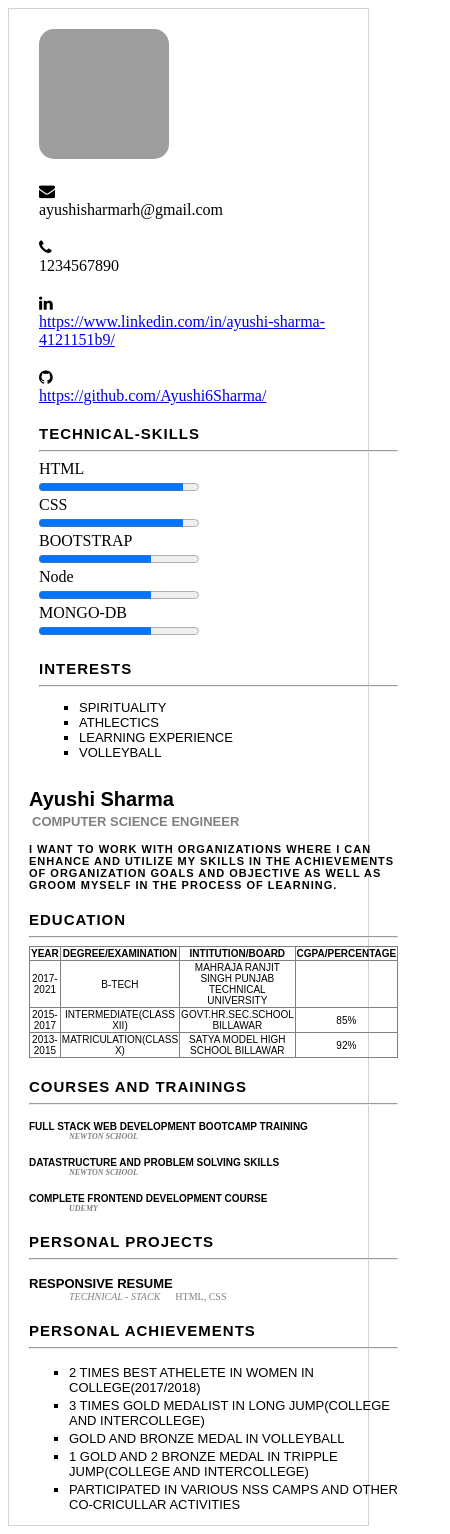
Repository: Ayushi6Sharma/Resume
Page: index.html
These files come from the project's save history. The page is drawn as it stood at one moment and after the next save; the edit follows.
The browser window is 375 px wide. The page is 418 px wide, then 450 px, so the pictures cover 450 px, including what lies to the right of the window. The pictures show the whole page.
Pictures or frames that could not be fetched are drawn as grey boxes.

Above is the page before, as saved 2022-05-04 16:19:53.

### index.html
<!DOCTYPE html>
<html lang="en">
    <head>
        <meta charset="utf-8">
        <meta http-equiv="X-UA-Compatible" content="IE=edge">
        <meta name="viewport" content="width=device-width, initial-scale=1">
        <meta name="description" content="Responsive resume for companies">
        <meta name="author" content="Ayushi Sharma">
        <div class="profile-linkedin"></div>
        <link rel="stylesheet" href="style.css">
        <!-- <link rel="stylesheet" href="https://cdn.jsdelivr.net/npm/@fortawesome/fontawesome-free@5.15.4/css/fontawesome.min.css" integrity="sha384-jLKHWM3JRmfMU0A5x5AkjWkw/EYfGUAGagvnfryNV3F9VqM98XiIH7VBGVoxVSc7" crossorigin="anonymous"> -->
        <!-- <link href="https://cdnjs.cloudflare.com/ajax/libs/font-awesome/5.13.0/css/all.min.css" rel="stylesheet"> -->
        <link rel="stylesheet" href="https://stackpath.bootstrapcdn.com/font-awesome/4.7.0/css/font-awesome.min.css" integrity="sha384-wvfXpqpZZVQGK6TAh5PVlGOfQNHSoD2xbE+QkPxCAFlNEevoEH3Sl0sibVcOQVnN" crossorigin="anonymous">
        <title>Resume</title>
    </head>
    <body>
        <main class="main-content" contenteditable="false">
            <section>
                <div class="left-main-content">
                    <!-- Profile data -->
                    <div class="profile-data">
                        <div class="profile-image">
                           <img src="https://d3dyfaf3iutrxo.cloudfront.net/thumbnail/user/6c8447b7ed274991ae4f61d43667a32b.jpeg" class="img">
                        </div>
                        <div class="profile-email">
                            <div class="email-icon">
                                <i class="fa fa-envelope"></i>
                            </div>
                            <div class="email-address">
                                ayushisharmarh@gmail.com
                            </div>
                        </div>
                        <div class="profile-contact">
                            <div class="phone-icon">
                                <i class="fa fa-phone"></i>
                            </div>
                            <div class="phone-number">
                                1234567890
                            </div>
                        </div>
                        <div class="profile-linkedin">
                            <div class="linkedid-icon">
                                <i class="fa fa-linkedin"></i>
                            </div>
                            <div class="linkedin-account">
                                <a href="https://www.linkedin.com/in/ayushi-sharma-4121151b9/">https://www.linkedin.com/in/ayushi-sharma-4121151b9/</a>
                            </div>
                        </div>
                        <div class="profile-github">
                            <div class="github-icon">
                                <i class="fa fa-github"></i>
                            </div>
                            <div class="github account-account">
                               <a href="https://github.com/Ayushi6Sharma/">https://github.com/Ayushi6Sharma/</a>
                            </div>
                        </div>
                    </div>
                    <!-- Technical Skills -->
                    <div class="technical-skills">
                        <div class="title">
                            TECHNICAL-SKILLS
                        </div>
                        <hr>
                        <div class="skills">
                            <div class="skill-item">
                                HTML
                            </div>
                            <div class="skill-knowledge">
                                <progress value="90" max="100" class="bar"></progress>
                            </div>
                        </div>
                        <div class="skills">
                            <div class="skill-item">
                                CSS
                            </div>
                            <div class="skill-knowledge">
                                <progress value="90" max="100" class="bar"></progress>
                            </div>
                        </div>
                        <div class="skills">
                            <div class="skill-item">
                                BOOTSTRAP
                            </div>
                            <div class="skill-knowledge">
                                <progress value="70" max="100" class="bar"></progress>
                            </div>
                        </div>
                        <div class="skills">
                            <div class="skill-item">
                                Node
                            </div>
                            <div class="skill-knowledge">
                                <progress value="70" max="100" class="bar"></progress>
                            </div>
                        </div>
                        <div class="skills">
                            <div class="skill-item">
                                MONGO-DB
                            </div>
                            <div class="skill-knowledge">
                                <progress value="70" max="100" class="bar"></progress>
                            </div>
                        </div>
                    </div>
                    <!-- Interests -->
                    <div class="Interests">
                        <div class="title">
                            INTERESTS
                        </div>
                        <hr>
                        <ol class="interest-items">
                            <li>SPIRITUALITY</li>
                            <li>ATHLECTICS</li>
                            <li>LEARNING EXPERIENCE</li>
                            <li>VOLLEYBALL</li>
                        </ol>

                    </div>

                </div>

            </section>
            <section>
                <div class="right-main-content">
                     <div class="about">
                         <div class="name">Ayushi Sharma</div>
                         <div class="stream">COMPUTER SCIENCE ENGINEER</div>
                         <p class="details">
                             I WANT TO WORK WITH ORGANIZATIONS WHERE I CAN ENHANCE AND UTILIZE MY SKILLS IN THE ACHIEVEMENTS OF
                             ORGANIZATION GOALS AND OBJECTIVE AS WELL AS GROOM MYSELF IN THE PROCESS OF LEARNING.
                         </p>
                     </div>
                     <div class="education">
                         <div class="title">
                             EDUCATION
                         </div>
                         <hr>
                         <div class="eduction-table">
                             <table>
                                 <thead>
                                     <tr>
                                         <th>YEAR</th>
                                         <th>DEGREE/EXAMINATION</th>
                                         <th>INTITUTION/BOARD</th>
                                         <th>CGPA/PERCENTAGE</th>
                                     </tr>
                                 </thead>
                                 <tr>
                                     <td>
                                         2017-2021
                                     </td>
                                     <td>
                                        B-TECH
                                     </td>
                                     <td>MAHRAJA RANJIT SINGH PUNJAB TECHNICAL UNIVERSITY</td>
                                     <td></td>
                                 </tr>
                                 <tr>
                                    <td>
                                        2015-2017
                                    </td>
                                    <td>
                                       INTERMEDIATE(CLASS XII)
                                    </td>
                                    <td>GOVT.HR.SEC.SCHOOL BILLAWAR</td>
                                    <td>
                                        85%
                                    </td>
                                </tr>
                                <tr>
                                    <td>
                                        2013-2015
                                    </td>
                                    <td>
                                       MATRICULATION(CLASS X)
                                    </td>
                                    <td>SATYA MODEL HIGH SCHOOL BILLAWAR</td>
                                    <td>
                                        92%
                                    </td>
                                </tr>
                             </table>
                         </div>
                     </div>
                     <div class="courses-and-trainings">
                         <div class="title">COURSES AND TRAININGS</div>
                         <hr>
                        <div class="training-1">
                            <dl>
                                <dt class="training-name">
                                    FULL STACK WEB DEVELOPMENT BOOTCAMP TRAINING
                                </dt>
                                <dd class="training-place">
                                    <i>NEWTON SCHOOL</i>
                                </dd>
                            </dl>
                        </div>
                        <div class="training-1">
                            <dl>
                                <dt class="training-name">
                                    DATASTRUCTURE AND PROBLEM SOLVING SKILLS
                                </dt>
                                <dd class="training-place">
                                    <i>NEWTON SCHOOL</i>
                                </dd>
                            </dl>
                        </div>
                        <div class="training-1">
                            <dl>
                                <dt class="training-name">
                                    COMPLETE FRONTEND DEVELOPMENT COURSE
                                </dt>
                                <dd class="training-place">
                                    <i>UDEMY</i>
                                </dd>
                            </dl>
                        </div>
                     </div>
                     <div class="personal-projects">
                        <div class="title">
                            PERSONAL PROJECTS
                        </div>
                        <hr>
                        <div class="project">
                            <dl>
                                <dt class="project-name">RESPONSIVE RESUME</dt>
                                <dd class="tech-stack">
                                    <i>TECHNICAL - STACK</i>
                                    <span>&emsp; HTML, CSS<span>
                                </dd>
                            </dl>
                        </div>
                     </div>
                     <div class="personal-achievements">
                        <div class="title">
                            PERSONAL ACHIEVEMENTS
                        </div>
                        <hr>
                        <ol class="achievements">
                            <li>2 TIMES BEST ATHELETE IN WOMEN IN COLLEGE<span class="ach-data">(2017/2018)<span></li>
                            <li>3 TIMES GOLD MEDALIST IN LONG JUMP<span class="ach-data">(COLLEGE AND INTERCOLLEGE)<span></li>
                            <li>GOLD AND BRONZE MEDAL IN VOLLEYBALL</li>
                            <li>1 GOLD AND 2 BRONZE MEDAL IN TRIPPLE JUMP<span class="ach-data">(COLLEGE AND INTERCOLLEGE)</span></li>
                            <li>PARTICIPATED IN VARIOUS NSS CAMPS AND OTHER CO-CRICULLAR ACTIVITIES</li>
                        </ol>
                     </div>

                </div>
            </section>
        </main>
    </body>
</html>

### style.css

.main-content
{
    display: grid;
    grid-template-columns:1fr 3fr;
    width:100%;
    margin: auto;
    border:1px solid lightgrey;
}
.left-main-content
 {
     /* grid-column: span 1; */
    padding-left: 30px;
    padding-right: 20px;
}
.right-main-content
{
    /* grid-column: span 1/span 2; */
    /* border: 2px solid black; */
    padding-left:20px;
    padding-right: 20px;
}
.profile-data > div{
    margin-top: 20px;
}
/* profile data */
.img
{
    width:130px;
    height:130px;
    border-radius:15px;
}
/* technical skills */
.title{
    margin-top: 20px;
    font-weight: bold;
    font-size: 20px;
    letter-spacing: 1px;
    font-family: sans-serif;
}
/* Interest */
.interest-items{
    list-style-type: square;
    font-size: 13px;
    font-family: sans-serif;
}
/* Right main content */
.name
{
    font-weight:bolder;
    font-size:20px;
    font-family: sans-serif;
    padding-top: 15px;
}
.stream
{
    color: grey;
    font-family: sans-serif;
    font-size: 13px;
    padding: 3px;
    font-weight: bold;
}
.details
{
    font-size: 11px;
    font-family: sans-serif;
    font-weight: bold;
    letter-spacing: 1px;
}
/* EDUCTAION */

table,th,td
{
    border:1px solid grey;
    border-collapse: collapse;
    text-align: center;
    padding:5px;
    font-size: 1vw;
    font-family: sans-serif;
}
/* TRIANING AND COURSES */
.training-name
{
    font-weight: bold;
    font-size:13px;
    font-family: sans-serif;
}
.training-place
{
    font-weight: bold;
    font-size: 10px;
    color:grey;
}
/* PROJECTS */
.project-name
{
    font-weight: bold;
    font-size:13px;
    font-family: sans-serif;
}
.tech-stack
{
    color:grey;
    font-size: 10px;
}
.stack-name li
{
    list-style-type: square;
}
/* ACHIEVEMENTS */
.achievements
{
    list-style-type: square;
    font-size: 13px;
    font-family:sans-serif;
}
.achievements li
{
    padding-top: 3px;
}
/* media queries for responsive page */

@media only screen and (max-width:480px)
{   .main-content
    {
        grid-template-columns:repeat(1,1fr);
        width:100%;
    }
    .title
    {
        font-size: 15px;
    }
    th,td
    {
        font-size:10px;
        padding: 1px;
    }
    .training-name
    {
        font-size:10px;
    }
    .training-place
    {
        font-size: 8px;
    }
}
@media only screen and (min-width:481px) and (max-width:768px)
{
    .main-content
    {
        grid-template-columns:repeat(1,1fr);
        width:100%;
    }
    .title
    {
        font-size: 18px;
    }
    table,th,td
    {
        font-size: 10px;
    }
    .training-name
    {
        font-size:12px;
    }
    .training-place
    {
        font-size: 9px;
    }
}
@media only screen and (min-width:481px) and (max-width:768px)
{
    th,td
    {
        font-size: 10px;
        padding: 10px;
    }
}

After the next save:
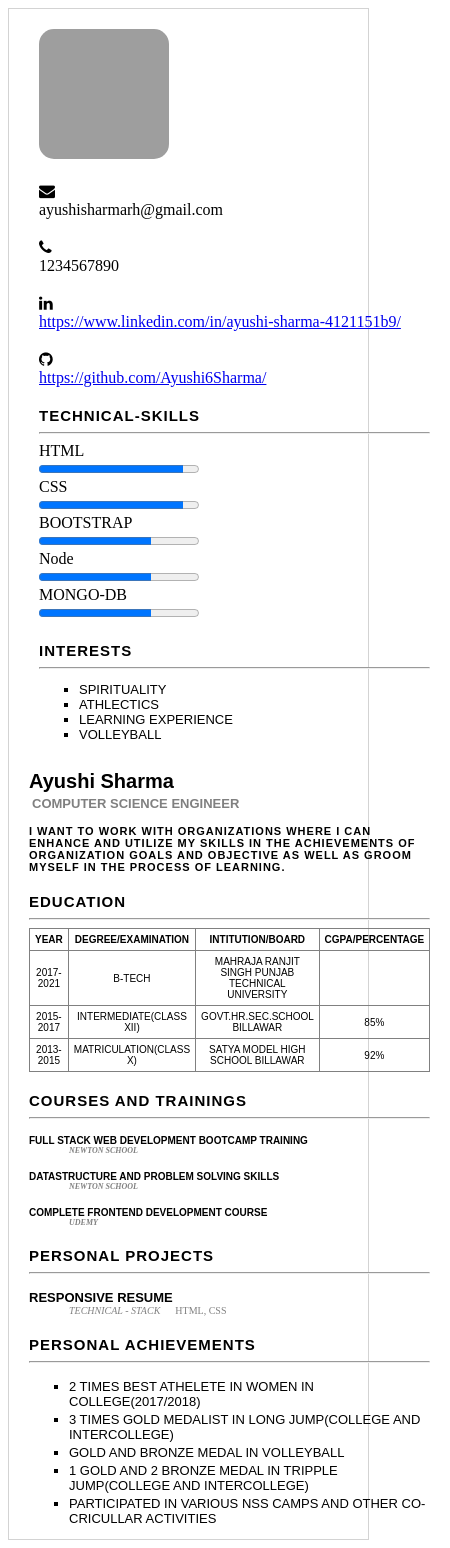
Saved 5 min 36 s later.
--- a/style.css
+++ b/style.css
@@ -133,7 +133,6 @@ table,th,td
     th,td
     {
         font-size:10px;
-        padding: 1px;
     }
     .training-name
     {
